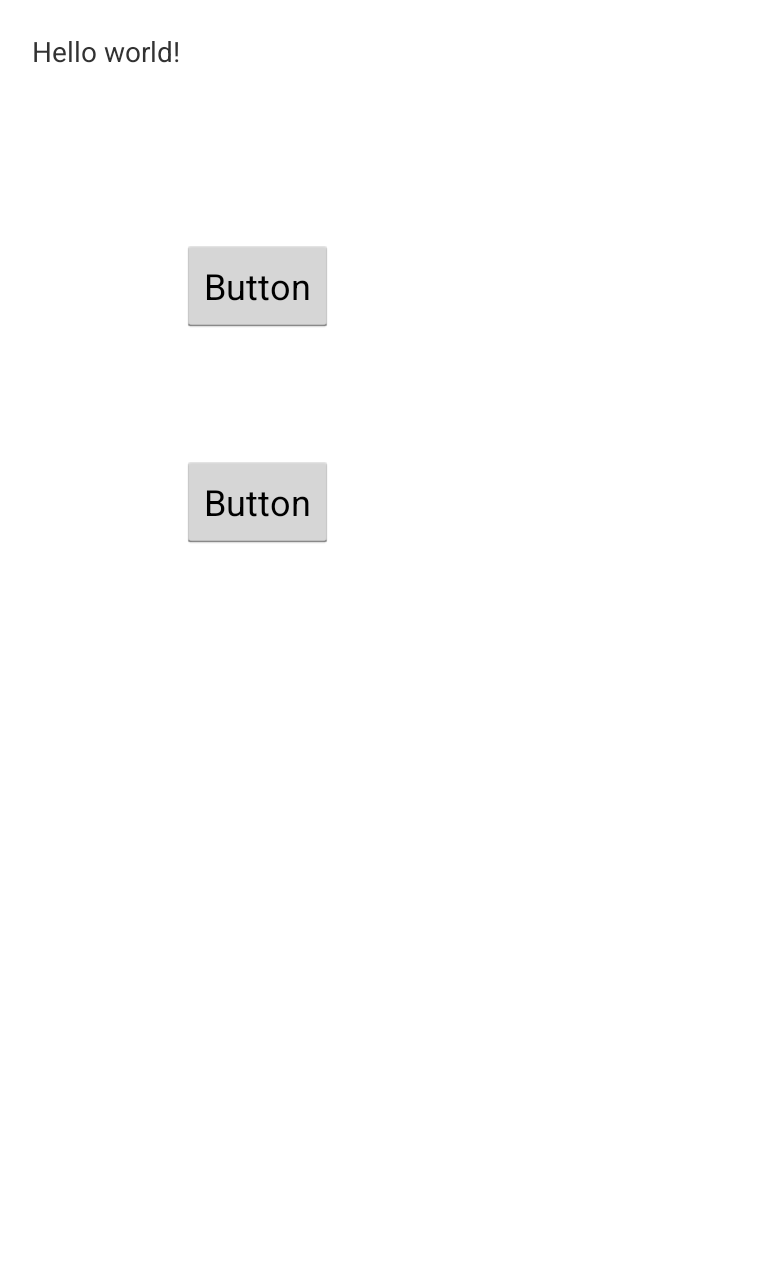
Repository: xfhy/Usually-learn-Android
Layout: Service 服务/1.服务入门/res/layout/activity_main.xml
The author's editor kept a copy of each file at every save. The layout is drawn from the files as they stood at one save, then again after the next save.
It is drawn on a 768 x 1280 px phone screen (xhdpi) without system bars, with theme AppTheme; the app's code is not run.

Above is the layout before, as saved 2017-01-29 03:32:38.

After the next save:
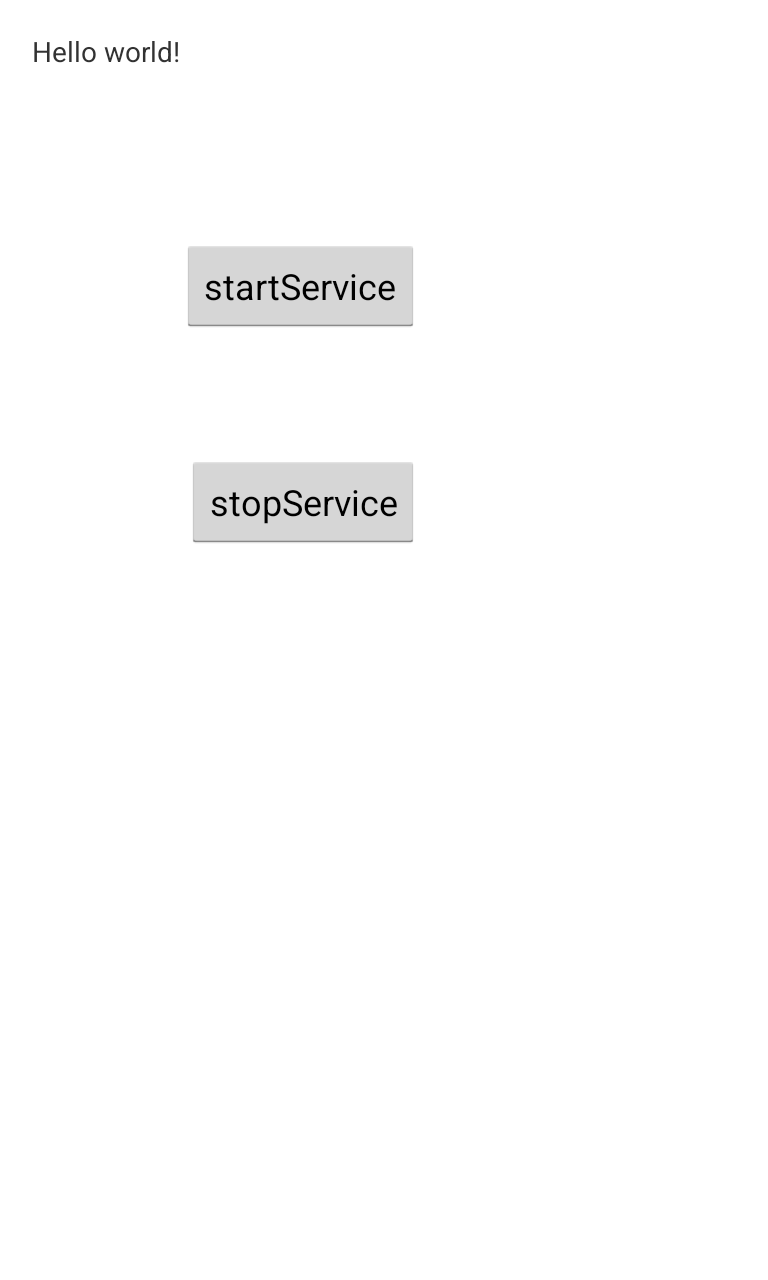
Saved 14 s later.
--- a/Service 服务/1.服务入门/res/layout/activity_main.xml
+++ b/Service 服务/1.服务入门/res/layout/activity_main.xml
@@ -21,7 +21,7 @@
         android:layout_below="@+id/textView1"
         android:layout_marginTop="84dp"
         android:layout_toRightOf="@+id/textView1"
-        android:text="Button" />
+        android:text="startService" />
 
     <Button
         android:id="@+id/button2"
@@ -30,6 +30,6 @@
         android:layout_alignRight="@+id/button1"
         android:layout_below="@+id/button1"
         android:layout_marginTop="60dp"
-        android:text="Button" />
+        android:text="stopService" />
 
 </RelativeLayout>
